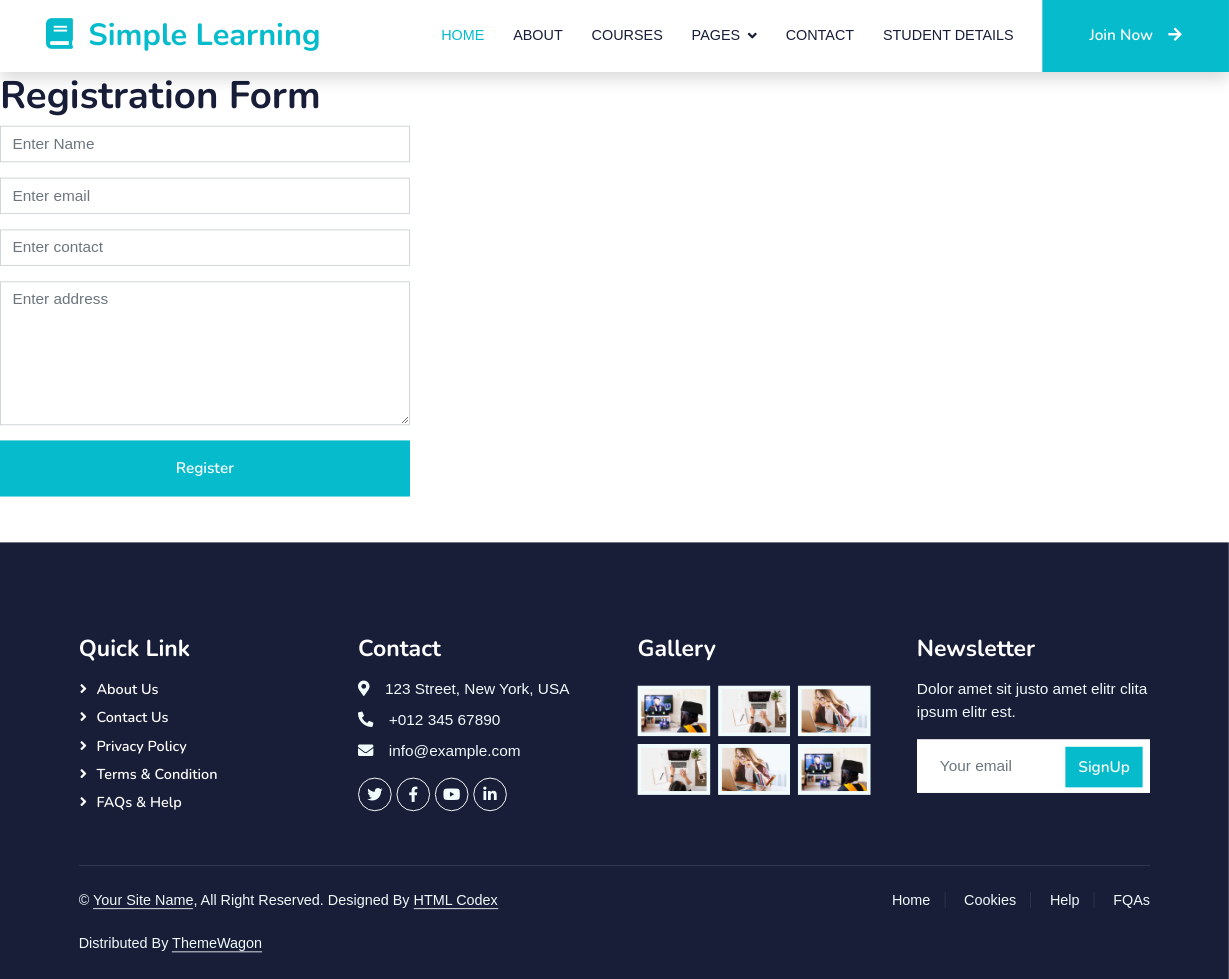
Repository: Arumugam2002/ARUMUGAM-TOPS-DAILY-TASKS
Page: http://localhost/register
An editor plug-in stored every save of this project. The page is shown before and after the next save, followed by the edit.
The browser window is 1280 px wide. The pictures show the whole page, at 96% of full size.
Some web fonts or font styles are not loaded; a fallback is used. Some web libraries are served in a nearby version. The page is this project's Thymeleaf template; nobody is signed in. The template is opened directly, without the code that normally fills it, so the values that code supplies are empty.

Above is the page before, as saved 2024-07-22 17:24:06.

After the next save:
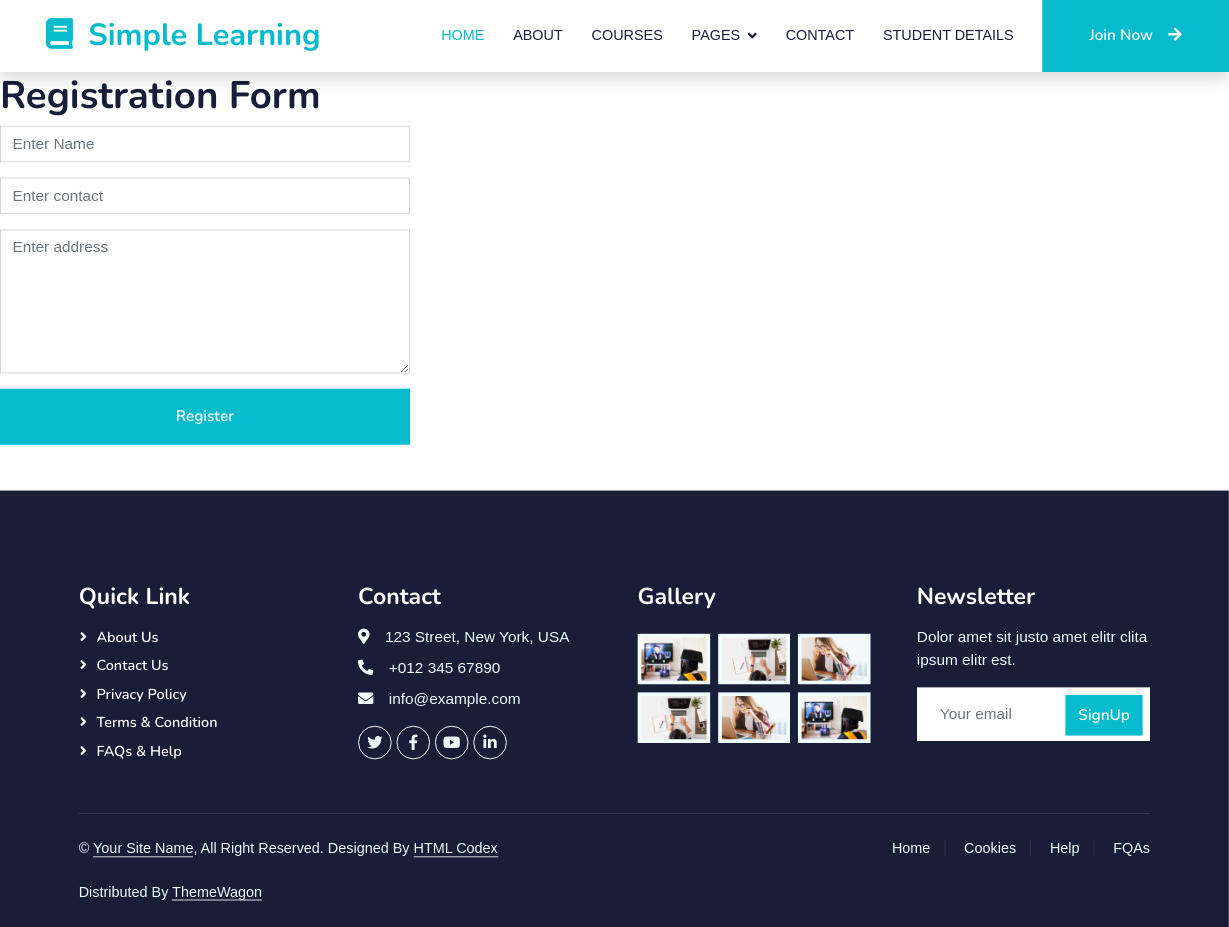
Saved 57 s later.
--- a/Java SpringBoot/Spring_Eclipse/SpringwithTemplate/src/main/resources/templates/register.html
+++ b/Java SpringBoot/Spring_Eclipse/SpringwithTemplate/src/main/resources/templates/register.html
@@ -20,12 +20,7 @@
 
 				</div>
 
-				<div class="col-12">
 
-						<input type="email" class="form-control" name="email" id="email" placeholder="Enter email">
-
-
-				</div>
 				<div class="col-12">
 
 						<input type="text" class="form-control" name="contact" id="subject" placeholder="Enter contact">
